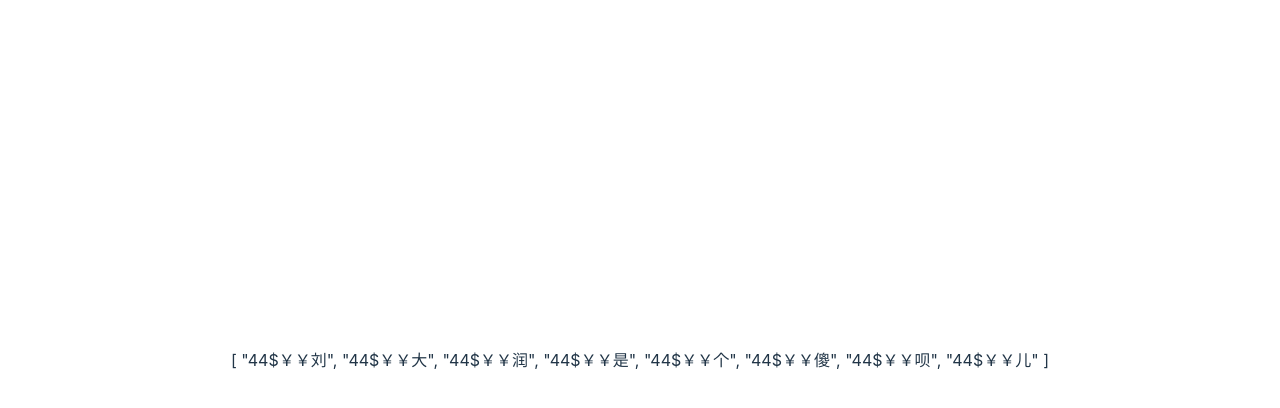
Repository: szl156/class
Page: / (app in review/VUE/vite+vue3/)
These files come from the project's save history. The page is drawn as it stood at one moment and after a run of saves; the edit follows.
The browser window is 1280 px wide. The pictures show the whole page.
The project was rebuilt for these pictures with package versions that can differ from the ones it lists, and the page was loaded fresh each time. Also part of the build but not shown: review/VUE/vite+vue3/vite.config.ts.

Above is the page before, as saved 2022-08-01 10:54:21.

After the next 2 saves:
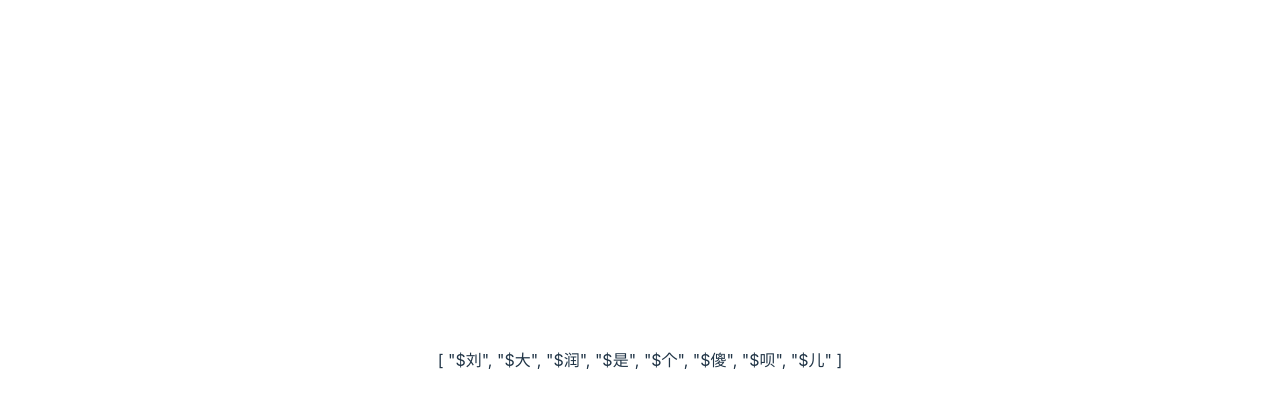
The 2 saves are shown as one change because they came seconds apart.
The last was saved 46 s later.
--- a/review/VUE/vite+vue3/src/App.vue
+++ b/review/VUE/vite+vue3/src/App.vue
@@ -1,6 +1,6 @@
 <template>
   <div>
-    {{ message.split(',').map(v => `44$￥￥${v}`) }}
+    {{ message.split(',').map(v => `$${v}`) }}
   </div>
 </template>
 
